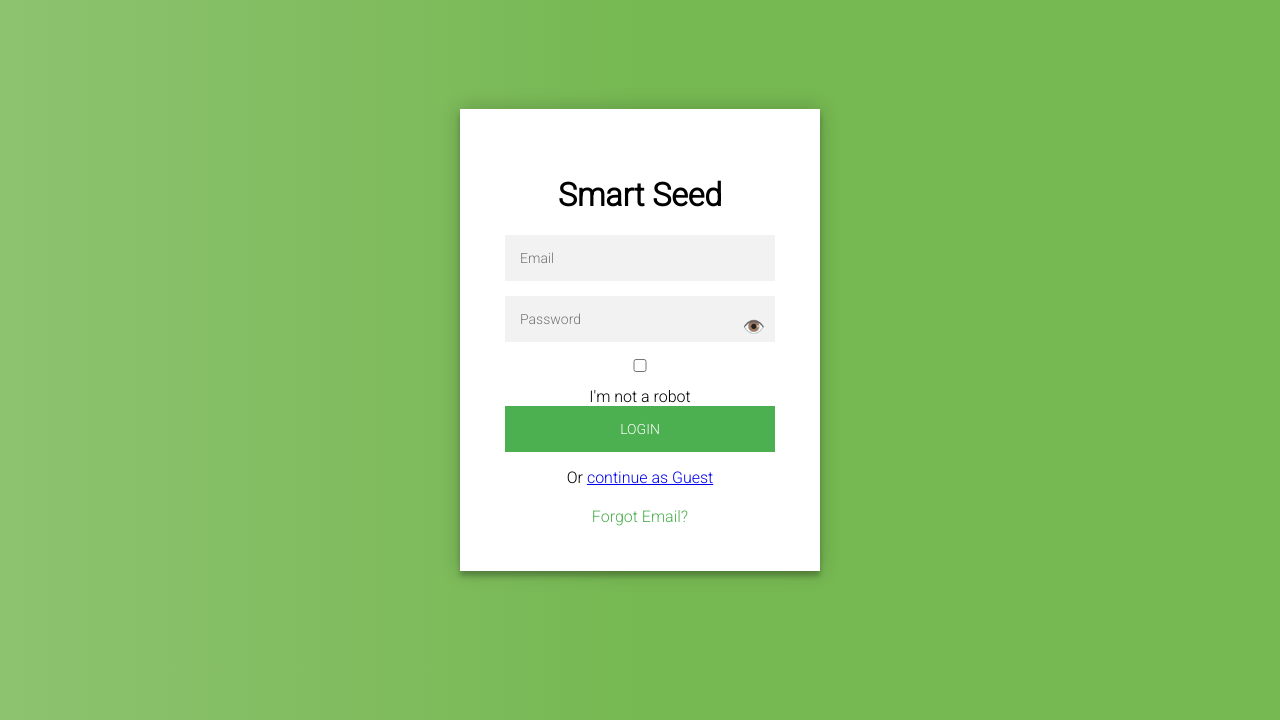
Repository: IFoundGeorge/Smart-Seed-v8-master
Page: src/login.html
An editor plug-in stored every save of this project. The page is shown before and after the next save, followed by the edit.
The browser window is 1280 px wide. The pictures show the whole page.

Above is the page before, as saved 2025-04-03 08:25:01.

### src/login.html
<!DOCTYPE html>
<html lang="en">
  <head>
    <meta charset="UTF-8" />
    <meta name="viewport" content="width=device-width, initial-scale=1.0" />
    <title>Login Form with Custom CAPTCHA</title>
    <link rel="stylesheet" href="../../css/login.css" />
    <script src="https://cdnjs.cloudflare.com/ajax/libs/js-sha1/0.7.0/sha1.min.js"></script>
    <style>
      .password-container {
        position: relative;
        display: flex;
        align-items: center;
      }

      #login-password {
        width: 100%;
        padding-right: 40px; /* Add space for the eye icon */
      }

      #toggle-password {
        position: absolute;
        right: 10px;
        cursor: pointer;
        font-size: 18px;
        color: #888;
      }

      .contact-us {
        text-align: center;
        margin-top: 20px;
      }

      .contact-us a {
        color: #4caf50; /* Green text */
        font-size: 16px;
        text-decoration: none;
        cursor: pointer;
      }

      .contact-us a:hover {
        text-decoration: underline; /* Underline on hover */
        color: #45a049; /* Darker green on hover */
      }

      /* Modal styling */
      .modal {
        display: none; /* Hidden by default */
        position: fixed;
        z-index: 1000;
        left: 0;
        width: 100%;
        height: 100%;
        overflow: auto;
        background-color: rgba(
          0,
          0,
          0,
          0.4
        ); /* Black background with opacity */
      }

      .modal-content {
        background-color: #fff;
        margin: 15% auto;
        padding: 20px;
        border: 1px solid #888;
        width: 80%;
        max-width: 400px;
        border-radius: 10px;
        text-align: center;
      }

      .modal-content h2 {
        margin-top: 0;
      }

      .modal-content a {
        color: #4caf50;
        text-decoration: none;
      }

      .modal-content a:hover {
        text-decoration: underline;
      }

      .close {
        color: #aaa;
        float: right;
        font-size: 28px;
        font-weight: bold;
        cursor: pointer;
      }

      .close:hover,
      .close:focus {
        color: black;
        text-decoration: none;
      }
    </style>
  </head>
  <body>
    <div class="login-page">
      <div class="form">
        <h1 class="title">Smart Seed</h1>
        <form class="login-form" onsubmit="loginUser(event)">
          <input type="email" id="login-email" placeholder="Email" required />
          <div class="password-container">
            <input
              type="password"
              id="login-password"
              placeholder="Password"
              required
            />
            <span id="toggle-password" onclick="togglePasswordVisibility()"
              >👁️</span
            >
          </div>

          <!-- CAPTCHA Section -->
          <div class="captcha-section">
            <input
              type="checkbox"
              id="captcha-checkbox"
              onclick="showCaptchaModal()"
            />
            <label for="captcha-checkbox">I'm not a robot</label>
          </div>

          <button type="submit" id="login-button" disabled>Login</button>
        </form>

        <!-- Clickable Guest Login -->
        <p class="guest-text">
          Or <a href="#" onclick="loginAsGuest()">continue as Guest</a>
        </p>

        <!-- Contact Us Link -->
        <div class="contact-us">
          <a href="#" onclick="contactUs()">Forgot Email?</a>
        </div>
      </div>
    </div>

    <!-- CAPTCHA Modal -->
    <div id="captcha-modal" class="modal">
      <div class="modal-content">
        <span class="close" onclick="closeCaptchaModal()">&times;</span>
        <p id="math-problem"></p>
        <input type="text" id="captcha-answer" placeholder="Your answer" />
        <button onclick="verifyCaptcha()">Submit</button>
      </div>
    </div>

    <!-- Contact Us Modal -->
    <div id="contact-modal" class="modal">
      <div class="modal-content">
        <span class="close" onclick="closeContactModal()">&times;</span>
        <h2>Contact Us</h2>
        <p><strong>Name:</strong> Cyrus M. Cavero</p>
        <p><strong>Phone:</strong> 09168802764</p>
        <p>
          <strong>Email:</strong>
          <a href="mailto:caverocyrus@gmail.com">caverocyrus@gmail.com</a>
        </p>
      </div>
    </div>

    <script src="../../js/login.js"></script>

    <script>
      function loginAsGuest() {
        window.location.href = "guest/index.html";
      }

      function togglePasswordVisibility() {
        const passwordInput = document.getElementById("login-password");
        const togglePassword = document.getElementById("toggle-password");

        if (passwordInput.type === "password") {
          passwordInput.type = "text";
          togglePassword.textContent = "🙈"; // Change icon to "hide" mode
        } else {
          passwordInput.type = "password";
          togglePassword.textContent = "👁️"; // Change icon to "show" mode
        }
      }

      function contactUs() {
        const modal = document.getElementById("contact-modal");
        modal.style.display = "block"; // Show the modal
      }

      function closeContactModal() {
        const modal = document.getElementById("contact-modal");
        modal.style.display = "none"; // Hide the modal
      }

      window.onclick = function (event) {
        const modal = document.getElementById("contact-modal");
        if (event.target === modal) {
          modal.style.display = "none";
        }
      };
    </script>
  </body>
</html>

### css/login.css
@import url('https://fonts.googleapis.com/css?family=Roboto:300');

body {
  background: #76b852;
  background: linear-gradient(90deg, rgba(141,194,111,1) 0%, rgba(118,184,82,1) 50%);
  font-family: "Roboto", sans-serif;
  -webkit-font-smoothing: antialiased;
  -moz-osx-font-smoothing: grayscale;
}

.login-page {
  width: 360px;
  padding: 8% 0 0;
  margin: auto;
}

.form {
  position: relative;
  z-index: 1;
  background: #FFFFFF;
  max-width: 360px;
  margin: 0 auto 100px;
  padding: 45px;
  text-align: center;
  box-shadow: 0 0 20px 0 rgba(0, 0, 0, 0.2), 0 5px 5px 0 rgba(0, 0, 0, 0.24);
}

.form input {
  font-family: "Roboto", sans-serif;
  outline: 0;
  background: #f2f2f2;
  width: 100%;
  border: 0;
  margin: 0 0 15px;
  padding: 15px;
  box-sizing: border-box;
  font-size: 14px;
}

.form button {
  font-family: "Roboto", sans-serif;
  text-transform: uppercase;
  outline: 0;
  background: #4CAF50;
  width: 100%;
  border: 0;
  padding: 15px;
  color: #FFFFFF;
  font-size: 14px;
  -webkit-transition: all 0.3 ease;
  transition: all 0.3 ease;
  cursor: pointer;
}

.form button:hover, .form button:active, .form button:focus {
  background: #43A047;
}

.form .message {
  margin: 15px 0 0;
  color: #b3b3b3;
  font-size: 12px;
}

.form .message a {
  color: #4CAF50;
  text-decoration: none;
}

.form .register-form {
  display: none;
}

#captchaCanvas {
    border: 1px solid #ccc;
    margin-right: 10px;
}

#captcha-input {
    margin-bottom: 10px;
}

.captcha-container {
    margin: 15px 0;
    font-size: 1.2em;
}


#captchaText {
    font-family: 'Courier New', monospace;
    font-size: 20px;
    font-weight: bold;
    background-color: #f0f0f0;
    padding: 5px;
    margin-right: 10px;
    user-select: none;
}
/* Add this to your login.css */

.modal {
    display: none;
    position: fixed;
    z-index: 1;
    left: 0;
    top: 0;
    width: 100%;
    height: 100%;
    overflow: auto;
    background-color: rgba(0, 0, 0, 0.4);
}

.modal-content {
    background-color: #fefefe;
    margin: 15% auto;
    padding: 20px;
    border: 1px solid #888;
    width: 80%;
    max-width: 300px;
    text-align: center;
}

.close {
    color: #aaa;
    float: right;
    font-size: 28px;
    font-weight: bold;
}

.close:hover,
.close:focus {
    color: black;
    text-decoration: none;
    cursor: pointer;
}

### js/login.js
document.addEventListener("DOMContentLoaded", () => {
  document.querySelectorAll(".message a").forEach((link) => {
    link.addEventListener("click", (e) => {
      e.preventDefault();
      document.querySelectorAll("form").forEach((form) => {
        form.classList.toggle("hidden");
      });
    });
  });
});

let correctAnswer;

function showCaptchaModal() {
  const captchaCheckbox = document.getElementById("captcha-checkbox");
  captchaCheckbox.checked = false;
  document.getElementById("login-button").disabled = true;

  const num1 = Math.floor(Math.random() * 10) + 1;
  const num2 = Math.floor(Math.random() * 10) + 1;
  correctAnswer = num1 + num2;
  document.getElementById(
    "math-problem"
  ).innerText = `What is ${num1} + ${num2}?`;
  document.getElementById("captcha-modal").style.display = "block";
}

function closeCaptchaModal() {
  document.getElementById("captcha-modal").style.display = "none";
}

function verifyCaptcha() {
  const userAnswer = parseInt(
    document.getElementById("captcha-answer").value,
    10
  );
  if (userAnswer === correctAnswer) {
    alert("CAPTCHA verified successfully!");
    document.getElementById("captcha-checkbox").checked = true;
    enableLoginButton();
    closeCaptchaModal();
  } else {
    alert("Incorrect answer. Please try again.");
    document.getElementById("captcha-answer").value = "";
    showCaptchaModal();
  }
}

function validatePassword(password) {
  const errors = [];

  // Minimum 8 characters
  if (password.length < 8) {
    errors.push("Password must be at least 8 characters.");
  }

  // At least one uppercase letter
  if (!/[A-Z]/.test(password)) {
    errors.push("Password must contain at least one uppercase letter.");
  }

  // At least one lowercase letter
  if (!/[a-z]/.test(password)) {
    errors.push("Password must contain at least one lowercase letter.");
  }

  // At least one number
  if (!/\d/.test(password)) {
    errors.push("Password must contain at least one number.");
  }

  // At least one special character
  if (!/[!@#$%^&*(),.?":{}|<>]/.test(password)) {
    errors.push("Password must contain at least one special character.");
  }

  return errors; // Return the array of error messages
}

function enableLoginButton() {
  const password = document.getElementById("login-password").value;
  const captchaChecked = document.getElementById("captcha-checkbox").checked;
  const loginButton = document.getElementById("login-button");

  // Enable login button if password is valid and CAPTCHA is checked
  if (validatePassword(password).length === 0 && captchaChecked) {
    loginButton.disabled = false;
  } else {
    loginButton.disabled = true;
  }
}

function loginUser(event) {
  event.preventDefault();

  const errorMessageElement = document.getElementById("error-message");
  errorMessageElement.textContent = ""; // Clear previous messages

  // Check if CAPTCHA is verified
  if (!document.getElementById("captcha-checkbox").checked) {
    errorMessageElement.textContent = "Please verify the CAPTCHA.";
    return;
  }

  const email = document.getElementById("login-email").value.trim();
  const password = document.getElementById("login-password").value.trim();

  // Validate password
  const passwordErrors = validatePassword(password);
  if (passwordErrors.length > 0) {
    errorMessageElement.textContent = passwordErrors.join(" ");
    return;
  }

  // Hardcoded credentials for testing
  const hardcodedEmail = "admin@email.com";
  const hardcodedPassword = "Password123!";

  // Check credentials
  if (email === hardcodedEmail && password === hardcodedPassword) {
    alert("Login successful!");
    window.location.href = "index.html";
  } else {
    errorMessageElement.textContent = "Invalid email or password.";
  }
}

window.onclick = function (event) {
  const modal = document.getElementById("captcha-modal");
  if (event.target === modal) {
    closeCaptchaModal();
  }
};

After the next save:
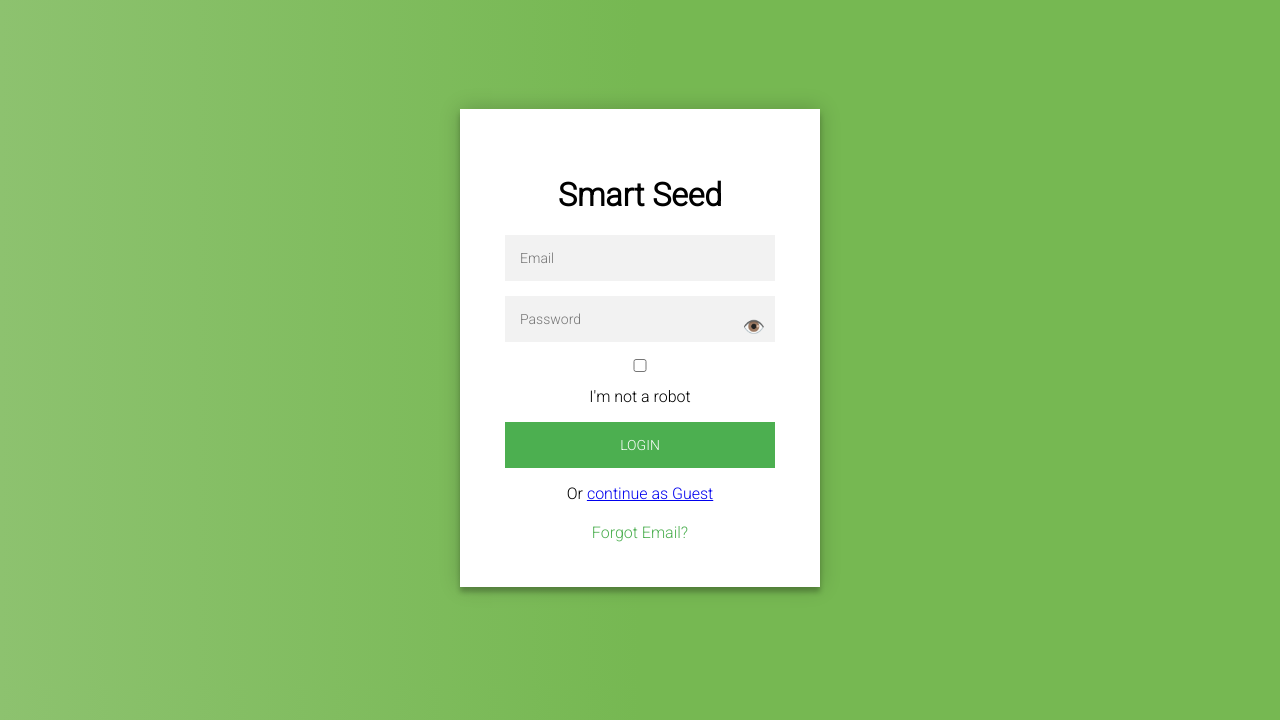
Saved 89 s later.
--- a/src/login.html
+++ b/src/login.html
@@ -127,6 +127,8 @@
             <label for="captcha-checkbox">I'm not a robot</label>
           </div>
 
+          <p id="error-message" style="color: red; text-align: center"></p>
+
           <button type="submit" id="login-button" disabled>Login</button>
         </form>
 
